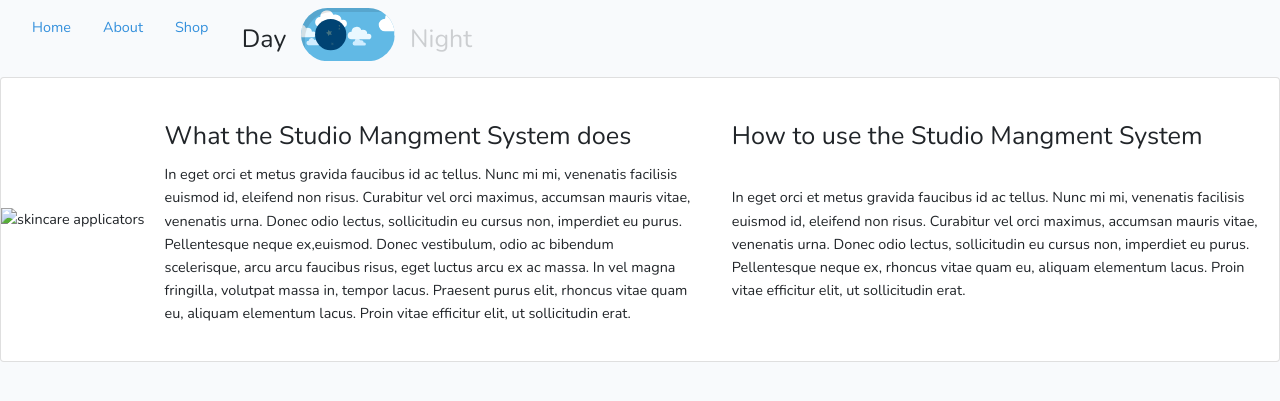
Repository: littae2/simplicite
Page: http://localhost/shop
These files come from the project's save history. The page is drawn as it stood at one moment and after a run of saves; the edit follows.
The browser window is 1280 px wide. The pictures show the whole page.
Some web libraries are served in a nearby version. The page is served by the project's Laravel application, run on PHP 8.4 with Laravel 8. Other server files are loaded and not shown.

Above is the page before, as saved 2021-08-13 15:54:42.

### Project/routes/web.php
<?php

use Illuminate\Support\Facades\Route;

/*
|--------------------------------------------------------------------------
| Web Routes
|--------------------------------------------------------------------------
|
| Here is where you can register web routes for your application. These
| routes are loaded by the RouteServiceProvider within a group which
| contains the "web" middleware group. Now create something great!
|
*/

Route::get('/', function () {
    return view('home.index');
});

Route::get('/about', function () {
    return view('about.index');
});
Route::get('/shop', function () {
    return view('shop.index');
});

### Project/resources/views/shop/index.blade.php
@extends('layouts.layout')
@section('title', 'Welcome')
@section('content')
<div class="pageContent">

<!-- @if(Auth::check())
<div> you are logged in </div>
@else
<div> please login</div>
@endif -->

  <div class="card d-flex flex-row justify-content-between align-items-center w-90 home">
  <img src="{{url('img/product2.jpg')}}" alt="skincare applicators" class="headerImg">
    <div class="card-body w-25 ">

      <br>
      <h3 class="card-title">What the Studio Mangment System does</h3>

      <p>In eget orci et metus gravida faucibus id ac tellus. Nunc mi mi, venenatis facilisis euismod id, eleifend non risus.
        Curabitur vel orci maximus, accumsan mauris vitae, venenatis urna. Donec odio lectus, sollicitudin eu cursus non, imperdiet eu purus.
        Pellentesque neque ex,euismod. Donec vestibulum, odio ac bibendum scelerisque, arcu arcu faucibus risus, eget luctus arcu ex ac massa. In vel magna fringilla, volutpat massa in, tempor lacus.
        Praesent purus elit, rhoncus vitae quam eu, aliquam elementum lacus. Proin vitae efficitur elit, ut sollicitudin erat.</p>

    </div>
    <div class=" card-body w-25">

      <h3 class="card-title">How to use the Studio Mangment System</h3>
      <br>
      <p>In eget orci et metus gravida faucibus id ac tellus. Nunc mi mi, venenatis facilisis euismod id, eleifend non risus.
        Curabitur vel orci maximus, accumsan mauris vitae, venenatis urna. Donec odio lectus, sollicitudin eu cursus non, imperdiet eu purus.
        Pellentesque neque ex, rhoncus vitae quam eu, aliquam elementum lacus. Proin vitae efficitur elit, ut sollicitudin erat.</p>

    </div>

  </div>
</div>
@endsection

### Project/resources/views/layouts/layout.blade.php
<!--This is the Main layout page-->
<!DOCTYPE html>
<html lang="en">
<head>
    <meta charset="UTF-8">
        <!-- CSRF Token -->
    <meta name="csrf-token" content="mlxnBRgEB1AbPWkhP1fOm5sUhDzONcfLGmqMOlHY">
    <meta name="viewport" content="width=device-width, initial-scale=1.0">

    <script src="https://kit.fontawesome.com/b07d89ef49.js" crossorigin="anonymous"></script>

    <!--  JQUEURY-->
    <script src="https://code.jquery.com/jquery-3.1.0.min.js"></script>

    <!--  BS -->
    <link rel="stylesheet" href="{{asset('css/simplicite.css')}}">
    <link rel="stylesheet" href="{{asset('css/app.css')}}">

    <!--JS -->




</head>
<body>

  @include('layouts.navbar')

<!-- Fonts -->
<link href="https://fonts.googleapis.com/css?family=Nunito:200,600" rel="stylesheet">

@yield('content')
</body>
</html>

### Project/resources/views/layouts/navbar.blade.php
<!-- <div class= "nav">
      <a class="nav-link" href="{{url('/welcome')}}">Home</a>
      <a class="nav-link" href="{{url('/view-cohorts')}}">Cohort</a>
      <a class="nav-link" href="{{url('/students')}}">Students</a>
      <a class="nav-link" href="{{url('/upload')}}">Upload</a>
      <a class="nav-link" href="{{url('/enrolment')}}">Enrollment</a>
</div> -->

<script src="https://code.jquery.com/jquery-3.2.1.slim.min.js" integrity="sha384-KJ3o2DKtIkvYIK3UENzmM7KCkRr/rE9/Qpg6aAZGJwFDMVNA/GpGFF93hXpG5KkN" crossorigin="anonymous"></script>
<script src="https://cdnjs.cloudflare.com/ajax/libs/popper.js/1.12.9/umd/popper.min.js" integrity="sha384-ApNbgh9B+Y1QKtv3Rn7W3mgPxhU9K/ScQsAP7hUibX39j7fakFPskvXusvfa0b4Q" crossorigin="anonymous"></script>
<script src="https://maxcdn.bootstrapcdn.com/bootstrap/4.0.0/js/bootstrap.min.js" integrity="sha384-JZR6Spejh4U02d8jOt6vLEHfe/JQGiRRSQQxSfFWpi1MquVdAyjUar5+76PVCmYl" crossorigin="anonymous"></script>
<script src="https://cdnjs.cloudflare.com/ajax/libs/gsap/3.7.1/gsap.min.js"></script>


<div class="nav">
  <div class="col-md-12 school-options-dropdown text-center nav-link">

    <div class="nav">
      <a class="nav-link" href="{{url('/')}}">Home</a>
      <a class="nav-link" href="{{url('/about')}}">About</a>
      <a class="nav-link" href="{{url('/shop')}}">Shop</a>
<a>@include('inc.daynight')</a>


    </div>
  </div>
</div>
</div>

### Project/resources/views/inc/daynight.blade.php

<div class="layout">
    <div class="day-label">Day</div>

    <label class="container">
        <input id="input" type="checkbox" checked="checked">
        <span class="checkmark">


            <svg id="toggle" xmlns="http://www.w3.org/2000/svg" viewBox="0 0 60 34" width="60" height="34">
                <defs>


                    <clipPath id="container">
                        <rect width="60" height="34" rx="17" />
                    </clipPath>
                    <g id="day">
                        <rect x="0" width="60" height="34" style="fill: #61b9e5" />
                        <g id="day-content">
                            <g class="clouds-small">
                                <path d="M13.35,22.45a1,1,0,0,0-.44.1A1.62,1.62,0,0,0,11.29,21a1.67,1.67,0,0,0-.59.11,1.84,1.84,0,0,0-3.55.61h0a1.38,1.38,0,0,0,0,2.75h6.21a1,1,0,1,0,0-2Z" transform="translate(-2 -2)" style="fill: #d0edff" />
                                <path d="M27.38,23.72a1.05,1.05,0,0,0-.44.1,1.63,1.63,0,0,0-2.21-1.41,1.84,1.84,0,0,0-3.56.61h0a1.38,1.38,0,1,0,0,2.75h6.21a1,1,0,0,0,0-2.05Z" transform="translate(-2 -2)" style="fill: #d0edff" />
                                <path d="M56.7,24a1,1,0,0,0-.44.1,1.63,1.63,0,0,0-2.21-1.42,1.85,1.85,0,0,0-3.56.61h0a1.38,1.38,0,0,0,0,2.75H56.7a1,1,0,0,0,0-2Z" transform="translate(-2 -2)" style="fill: #d0edff" />
                                <path d="M84.35,22.45a1,1,0,0,0-.44.1A1.62,1.62,0,0,0,82.29,21a1.67,1.67,0,0,0-.59.11,1.84,1.84,0,0,0-3.55.61h0a1.38,1.38,0,0,0,0,2.75h6.21a1,1,0,1,0,0-2Z" transform="translate(-2 -2)" style="fill: #d0edff" />
                                <path d="M98.38,23.72a1.05,1.05,0,0,0-.44.1,1.63,1.63,0,0,0-2.21-1.41,1.84,1.84,0,0,0-3.56.61h0a1.38,1.38,0,1,0,0,2.75h6.21a1,1,0,0,0,0-2.05Z" transform="translate(-2 -2)" style="fill: #d0edff" />
                                <path d="M127.7,24a1,1,0,0,0-.44.1,1.63,1.63,0,0,0-2.21-1.42,1.85,1.85,0,0,0-3.56.61h0a1.38,1.38,0,0,0,0,2.75h6.21a1,1,0,0,0,0-2Z" transform="translate(-2 -2)" style="fill: #d0edff" />
                            </g>
                            <g class="clouds-medium">
                                <path d="M61.44,18.4a1.85,1.85,0,0,0-.77.18,2.85,2.85,0,0,0-2.85-2.68,3,3,0,0,0-1,.19,3.25,3.25,0,0,0-6.26,1.07h0a2.42,2.42,0,0,0,0,4.84H61.44a1.8,1.8,0,1,0,0-3.6Z" transform="translate(-2 -2)" style="fill: #e9f8ff" />
                                <path d="M26,17.07a1.84,1.84,0,0,0-.77.17,2.86,2.86,0,0,0-2.85-2.68,2.75,2.75,0,0,0-1,.2,3.24,3.24,0,0,0-6.26,1.07h0a2.42,2.42,0,1,0,0,4.84H26a1.8,1.8,0,0,0,0-3.6Z" transform="translate(-2 -2)" style="fill: #e9f8ff" />
                                <path d="M126.44,18.4a1.85,1.85,0,0,0-.77.18,2.85,2.85,0,0,0-2.85-2.68,3,3,0,0,0-1,.19,3.25,3.25,0,0,0-6.26,1.07h0a2.42,2.42,0,0,0,0,4.84h10.92a1.8,1.8,0,1,0,0-3.6Z" transform="translate(-2 -2)" style="fill: #e9f8ff" />
                                <path d="M91,17.07a1.84,1.84,0,0,0-.77.17,2.86,2.86,0,0,0-2.85-2.68,2.75,2.75,0,0,0-1,.2,3.24,3.24,0,0,0-6.26,1.07h0a2.42,2.42,0,0,0,0,4.84H91a1.8,1.8,0,0,0,0-3.6Z" transform="translate(-2 -2)" style="fill: #e9f8ff" />
                            </g>
                            <g class="clouds-big">
                                <path d="M24.82,10.83a3.09,3.09,0,0,0-1.29.29A4.78,4.78,0,0,0,17,7,5.43,5.43,0,0,0,6.54,8.76h0a4,4,0,1,0,0,8.09H24.82a3,3,0,0,0,0-6Z" transform="translate(-2 -2)" style="fill: #fff" />
                                <path d="M53.6,9.45a2.37,2.37,0,0,0-1,.24,3.86,3.86,0,0,0-3.84-3.61,4.09,4.09,0,0,0-1.4.26,4.36,4.36,0,0,0-8.41,1.45h0a3.25,3.25,0,0,0,0,6.5H53.6a2.42,2.42,0,1,0,0-4.84Z" transform="translate(-2 -2)" style="fill: #fff" />
                                <path d="M98.72,10.83a3.09,3.09,0,0,0-1.29.29A4.78,4.78,0,0,0,90.91,7a5.43,5.43,0,0,0-10.47,1.8h0a4,4,0,1,0,0,8.09H98.72a3,3,0,1,0,0-6Z" transform="translate(-2 -2)" style="fill: #fff" />
                                <path d="M127.5,9.45a2.41,2.41,0,0,0-1,.24,3.85,3.85,0,0,0-3.84-3.61,4.09,4.09,0,0,0-1.4.26,4.36,4.36,0,0,0-8.41,1.45h0a3.25,3.25,0,0,0,0,6.5h14.7a2.42,2.42,0,0,0,0-4.84Z" transform="translate(-2 -2)" style="fill: #fff" />
                            </g>

                        </g>
                    </g>
                    <g id="night">
                        <rect width="60" height="34" style="fill: #004373" />

                        <g id="night-content">
                            <polygon class="star" points="46 4.89 46.62 6.14 48.01 6.35 47.01 7.33 47.24 8.71 46 8.06 44.76 8.71 44.99 7.33 43.99 6.35 45.38 6.14 46 4.89" style="fill: #fff5a6" />
                            <polygon class="star" points="58.58 21.93 59.46 23.02 60.86 22.91 60.1 24.09 60.63 25.39 59.28 25.02 58.21 25.94 58.14 24.54 56.94 23.8 58.25 23.3 58.58 21.93" style="fill: #fff5a6" />
                            <polygon class="star" points="40.71 12.02 40.82 13.42 42.03 14.13 40.74 14.66 40.44 16.04 39.53 14.97 38.13 15.11 38.87 13.91 38.3 12.63 39.67 12.96 40.71 12.02" style="fill: #fff5a6" />
                            <polygon class="star" points="5 16.89 5.62 18.14 7.01 18.35 6 19.33 6.24 20.71 5 20.06 3.76 20.71 4 19.33 2.99 18.35 4.38 18.14 5 16.89" style="fill: #fff5a6" />
                            <polygon class="star" points="60.57 6.97 60.79 8.36 62.05 8.97 60.8 9.6 60.61 10.99 59.62 10 58.24 10.25 58.88 9 58.22 7.76 59.6 7.99 60.57 6.97" style="fill: #fff5a6" />
                            <polygon class="star" points="30.91 26.12 30.86 27.52 31.98 28.36 30.63 28.74 30.18 30.07 29.4 28.91 28 28.89 28.86 27.78 28.45 26.44 29.77 26.93 30.91 26.12" style="fill: #fff5a6" />
                            <polygon class="star" points="17.52 13.95 18.44 15.01 19.83 14.86 19.11 16.06 19.68 17.34 18.32 17.02 17.28 17.96 17.16 16.56 15.94 15.87 17.23 15.32 17.52 13.95" style="fill: #fff5a6" />
                            <polygon class="star" points="60.53 16.01 61.11 16.41 61.76 16.15 61.56 16.83 62 17.37 61.3 17.39 60.92 17.98 60.69 17.32 60.01 17.14 60.56 16.71 60.53 16.01" style="fill: #fff5a6" />
                            <polygon class="star" points="41.99 21.89 42.31 22.52 43 22.62 42.5 23.11 42.62 23.8 41.99 23.47 41.37 23.8 41.49 23.11 40.99 22.62 41.69 22.52 41.99 21.89" style="fill: #fff5a6" />
                            <polygon class="star" points="63.47 26.02 63.43 26.72 63.98 27.15 63.3 27.32 63.05 27.98 62.68 27.39 61.98 27.36 62.43 26.82 62.24 26.14 62.89 26.4 63.47 26.02" style="fill: #fff5a6" />
                            <polygon class="star" points="36.99 9.89 37.31 10.52 38 10.62 37.5 11.11 37.62 11.8 36.99 11.47 36.37 11.8 36.49 11.11 35.99 10.62 36.69 10.52 36.99 9.89" style="fill: #fff5a6" />
                            <polygon class="star" points="28.5 4.89 28.65 5.2 29 5.25 28.75 5.5 28.81 5.85 28.5 5.68 28.18 5.85 28.24 5.5 27.99 5.25 28.34 5.2 28.5 4.89" style="fill: #fff5a6" />
                            <polygon class="star" points="28.5 12.89 28.65 13.2 29 13.25 28.75 13.5 28.81 13.85 28.5 13.68 28.18 13.85 28.24 13.5 27.99 13.25 28.34 13.2 28.5 12.89" style="fill: #fff5a6" />
                            <polygon class="star" points="47.75 22.96 47.72 23.31 47.98 23.54 47.64 23.61 47.5 23.94 47.32 23.63 46.97 23.6 47.21 23.34 47.13 23 47.45 23.14 47.75 22.96" style="fill: #fff5a6" />
                            <polygon class="star" points="51.75 31.96 51.72 32.31 51.98 32.54 51.64 32.62 51.5 32.94 51.32 32.63 50.97 32.6 51.21 32.34 51.13 32 51.45 32.15 51.75 31.96" style="fill: #fff5a6" />
                            <polygon class="star" points="44.69 29.93 44.7 30.28 45 30.47 44.67 30.59 44.58 30.93 44.37 30.66 44.01 30.68 44.21 30.38 44.08 30.06 44.42 30.15 44.69 29.93" style="fill: #fff5a6" />
                            <polygon class="star" points="24.32 10.92 24.58 11.16 24.92 11.07 24.78 11.4 24.96 11.7 24.61 11.66 24.39 11.93 24.31 11.58 23.98 11.45 24.29 11.27 24.32 10.92" style="fill: #fff5a6" />
                            <polygon class="star" points="24.94 13.18 24.71 13.45 24.79 13.79 24.47 13.65 24.17 13.84 24.2 13.49 23.93 13.26 24.27 13.19 24.41 12.86 24.59 13.16 24.94 13.18" style="fill: #fff5a6" />
                            <polygon class="star" points="32 19.89 32.31 20.52 33 20.62 32.5 21.11 32.62 21.8 32 21.47 31.37 21.8 31.49 21.11 30.99 20.62 31.68 20.52 32 19.89" style="fill: #fff5a6" />
                            <polygon class="star" points="19.61 21.97 20.15 22.42 20.82 22.23 20.56 22.88 20.95 23.46 20.25 23.42 19.82 23.97 19.64 23.29 18.98 23.04 19.58 22.67 19.61 21.97" style="fill: #fff5a6" />
                            <polygon class="star" points="9.51 8.04 9.43 8.74 9.96 9.2 9.28 9.34 9 9.98 8.65 9.37 7.96 9.31 8.43 8.79 8.27 8.11 8.91 8.4 9.51 8.04" style="fill: #fff5a6" />
                        </g>
                    </g>
                    <clipPath id="switch">
                        <circle id="circle" cx="19" cy="17" r="10" />
                    </clipPath>
                </defs>

                <g clip-path="url(#container)">
                    <use id="back" href="#day" />
                    <g clip-path="url(#switch)">
                        <use id="front" href="#night" />
                    </g>
                    <rect class="inner-shadow" width="70" height="44" rx="20" />
                </g>

                <rect width="60" height="44" rx="17" opacity="0" />

            </svg>
        </span>
    </label>
    <div class="night-label">Night</div>
</div>
@include('inc.css.daynight')
@include('inc.js.daynight')

### Project/resources/views/inc/css/daynight.blade.php
<style>



    .night-label {
        opacity: 0.2;
    }



    .layout {

	display: grid;
	grid-template-columns: 1fr 2fr 1fr;
	justify-content: center;
	align-items: center;
	font-size: 25px;
}

    .layout:nth-child(1) {
        text-align: right;
    }

    svg {
        width: 100%;
        height: 100%;
        cursor: pointer;
    }

    #night-content {
        opacity: 0.5;
    }

    .inner-shadow {
        stroke-opacity: 0.1;
        stroke-width: 5;
        stroke: black;
        fill: none;
    }

    .container input {
        position: absolute;
        opacity: 0;
        cursor: pointer;
        height: 0;
        width: 0;
    }
</style>

### Project/resources/views/inc/js/daynight.blade.php

<script>

let duration = 0.4;
let isDay = true;


let back = document.getElementById('back');
let front = document.getElementById('front');

let switchTime = () => {

    back.setAttribute('href', '#' + (isDay ? 'day' : 'night'));
    front.setAttribute('href', '#' + (isDay ? 'night' : 'day'));
}
let scale = 30;
let toNightAnimation = gsap.timeline();

toNightAnimation
    .to('#night-content', {
        duration: duration * 0.5,
        opacity: 1,
        ease: 'power2.inOut',
        x: 0
    })
    .to('#circle', {
        duration: duration,
        ease: 'power4.in',
        scaleX: scale,
        scaleY: scale,
        x: 1,
        transformOrigin: '100% 50%',
    }, 0)
    .to('.day-label', {
        duration: duration * 2,
        ease: 'power2.inOut',
        opacity: 0.2
    }, 0)
    .to('.night-label', {
        duration: duration * 2,
        ease: 'power2.inOut',
        opacity: 1
    }, 0)
    .set('#circle', {
        // transformOrigin: '0% 50%',
        scaleX: -scale,
        // x: 8.5,
        onUpdate: () => switchTime()
    }, duration).to('#circle', {
        duration: duration,
        ease: 'power4.out',
        scaleX: -1,
        scaleY: 1,
        x: 2,
    }, duration)
    .to('#day-content', {
        duration: duration * 0.5,
        opacity: 0.5
    }, duration * 1.5)
    .to('body', {
        backgroundColor: '#b0b0b9',
        color: 'black',
        duration: duration * 2
    }, 0)

let stars = Array.from(document.getElementsByClassName('star'));
stars.map(star => gsap.to(star, {
    duration: 'random(0.4, 1.5)',
    repeat: -1,
    yoyo: true,
    opacity: 'random(0.2, 0.5)'
}))
gsap.to('.clouds-big', {
    duration: 15,
    repeat: -1,
    x: -74,
    ease: 'linear'
})
gsap.to('.clouds-medium', {
    duration: 20,
    repeat: -1,
    x: -65,
    ease: 'linear'
})
gsap.to('.clouds-small', {
    duration: 25,
    repeat: -1,
    x: -71,
    ease: 'linear'
})

let switchToggle = document.getElementById('input');
switchToggle.addEventListener('change', () => toggle())

let toggle = () => {
    isDay = switchToggle.checked == true;
    if (isDay) {
        toNightAnimation.reverse();
    } else {
        toNightAnimation.play();
    }
}



toNightAnimation.reverse();
toNightAnimation.pause();
</script>

### Project/public/css/simplicite.css

@keyframes example {
    from {opacity: 100%;}
    to {opacity:0%;}
  }

.headerImg {
    width: -moz-available;
    background-position-y: 80%;
    display: flex;
    background-size: cover; /* or contain depending on what you want */
    background-repeat: no-repeat;
    text-align: center;
    margin: auto;
    padding: 0;
}
.headerImg:scroll{
    animation-name: example;
    animation-duration: 4s;
}

Loaded but not shown: Project/public/css/app.css (library)

After the next 2 saves:
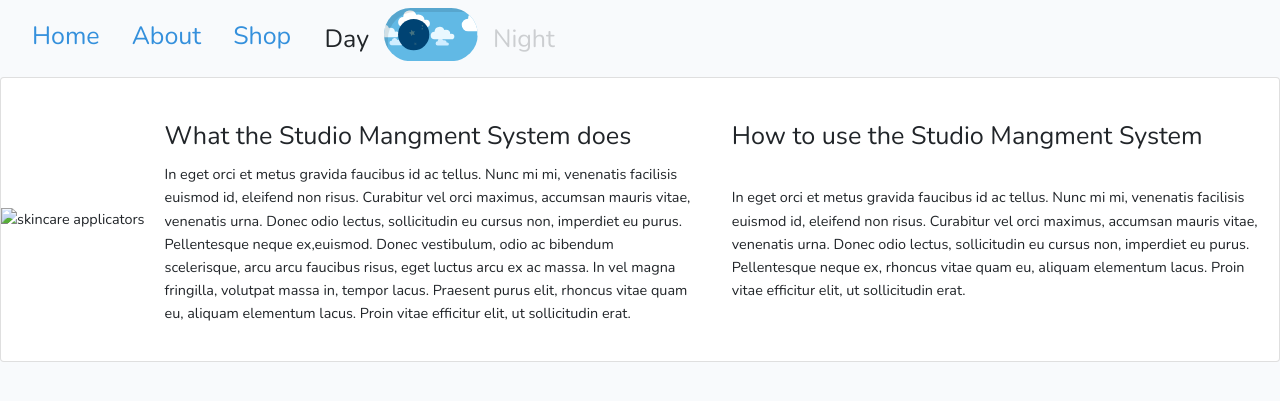
The 2 saves are shown as one change because they came seconds apart.
The last was saved 46 s later.
--- a/Project/public/css/simplicite.css
+++ b/Project/public/css/simplicite.css
@@ -18,3 +18,6 @@
     animation-name: example;
     animation-duration: 4s;
 }
+.nav{
+    font-size: 25px;
+}
